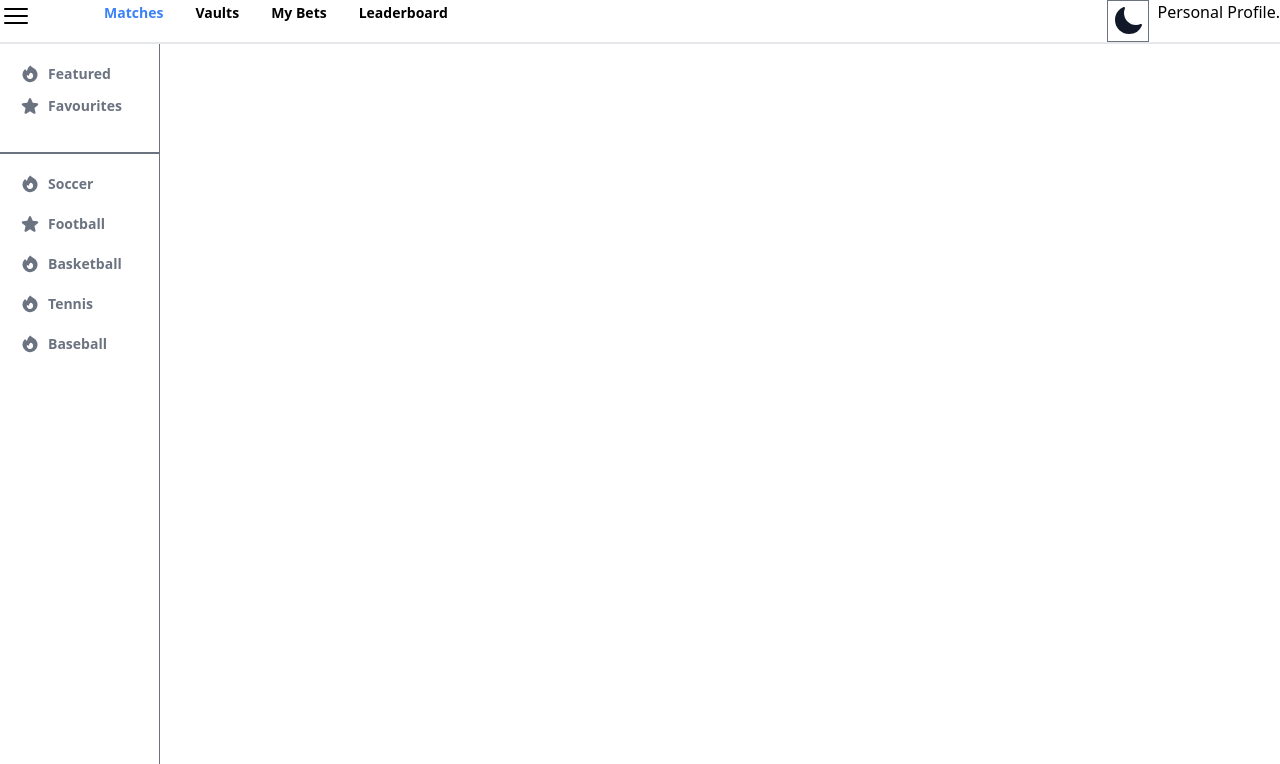
Repository: thekingisherenow/Betterbook
Page: /
An editor plug-in stored every save of this project. The page is shown before and after the next save, followed by the edit.
The browser window is 1280 px wide. The pictures show the whole page.
The project was rebuilt for these pictures with package versions that can differ from the ones it lists, and the page was loaded fresh each time. The framework's server and built-in components were replaced by stand-ins that run in the browser. Also part of the build but not shown: next.config.js.

Above is the page before, as saved 2023-01-17 00:45:19.

### src/pages/_app.tsx
import type { AppProps } from 'next/app'
import { Provider } from 'react-redux'
import store from '../core/store'
import '../core/styles/root.css'
import { ThemeProvider } from 'next-themes'

const App = (props: AppProps) => {
  const { Component, pageProps } = props
  return (
    <ThemeProvider enableSystem={true}  attribute="class">
    <Provider store={store}>
      <Component {...pageProps} />
    </Provider>
    </ThemeProvider>
  )
}

export default App

### src/pages/index.tsx
import type { NextPage } from 'next'
import { useEffect, useState } from 'react'
import API from '../core/services'
import { Game } from '../types/game'
import Sidebar from '../components/Typography/Sidebar'
import Header from '../components/Typography/Header'

const IndexPage: NextPage = () => {
  const [games, setGames] = useState<Game[]>([])

  useEffect(() => {
    API.games.fetchGames().then(setGames)
  }, [])

  return <div>
        <main className=''>

          {/* Header  */}
          <Header />
            {/* Sidebar */}
            <Sidebar/>
            {/* Center  */}

        </main>
  </div>
}

export default IndexPage

### src/core/store/index.ts
import { configureStore } from '@reduxjs/toolkit'
import { counterReducer } from './slices/counterSlice'

const store = configureStore({
  reducer: {
    counter: counterReducer,
  },
})

export default store

### src/core/services/index.ts
import * as gamesServices from './games'

const API = {
  games: gamesServices,
}

export default API

### src/components/Typography/Sidebar.tsx
import React from 'react'
import { FireIcon, StarIcon } from '@heroicons/react/24/solid'

function Sidebar() {
    return (
        <div className='text-gray-500 text-sm border-r h-screen w-40 border-gray-500'>
            <div>
                <div className='flex flex-col  p-5 space-y-3 font-semibold mb-4'>
                    <button className='flex items-center space-x-2 hover:text-blue-600'>
                        <FireIcon className='w-5 h-5' />
                        <p>Featured</p>
                    </button>
                    <button className='flex items-center space-x-2 hover:text-blue-600'>
                        <StarIcon className='w-5 h-5' />
                        <p>Favourites</p>
                    </button>
                </div>
                    <hr className='border-t-2 border-gray-500' />

                <div className='flex flex-col space-y-5  p-5 font-semibold mb-4'>
                    <button className='flex items-center space-x-2 hover:text-blue-600'>
                        <FireIcon className='w-5 h-5' />
                        <p>Soccer</p>
                    </button>
                    <button className='flex items-center space-x-2 hover:text-blue-600'>
                        <StarIcon className='w-5 h-5' />
                        <p>Football</p>
                    </button>
                    <button className='flex items-center space-x-2 hover:text-blue-600'>
                        <FireIcon className='w-5 h-5' />
                        <p>Basketball</p>
                    </button>
                    <button className='flex items-center space-x-2 hover:text-blue-600'>
                        <FireIcon className='w-5 h-5' />
                        <p>Tennis</p>
                    </button>
                    <button className='flex items-center space-x-2 hover:text-blue-600'>
                        <FireIcon className='w-5 h-5' />
                        <p>Baseball</p>
                    </button>
                </div>
            </div>
        </div>
    )
}

export default Sidebar

### src/components/Typography/Header.tsx
import { Bars3Icon } from '@heroicons/react/24/solid'
import React from 'react'
import NavLinks from './NavLinks'
import DarkModeButton from './DarkModeButton'

function Header() {
  return (
    <header >
      <div className='flex text-center   border-b-2 '>

        <Bars3Icon className='h-8 w-8  cursor-pointer'/>
        <div className='ml-10'>

          {/* Nav Links */}
          <div className='ml-4 items-center'>

        <NavLinks  />
          </div>

        </div>
        <div className='flex space-x-2 justify-end ml-auto '>
          {/* DARK MODE BUTTON  */}

          <DarkModeButton   />

            <div>
             Personal Profile.
              </div>
        </div>
      </div>
    </header>
  )
}

export default Header

### src/core/store/slices/counterSlice.ts
import { createSlice } from '@reduxjs/toolkit'

export const counterSlice = createSlice({
  name: 'counter',
  initialState: {
    count: 0,
  },
  reducers: {
    setCount(state, { payload }) {
      state.count = payload
    },
  },
})

export const counterReducer = counterSlice.reducer

### src/core/services/games.ts
import { Game } from '../../types/game'

export const fetchGames = (): Promise<Game[]> => {
  return Promise.resolve([
    {
      id: '1',
      name: 'Spain vs Argentina',
    },
  ])
}

### src/components/Typography/NavLinks.tsx
import React, { useEffect } from 'react'
import { categories } from './constants'
import NavLink from './NavLink'
import { useRouter } from 'next/router'

function NavLinks() {
  const router = useRouter();

  //const isActive is true if the pathname in the url matches the  navlink's path.
  const isActive = (path:string)=>{
    return router.pathname===path
  }

  return (
    <nav>
      {categories.map((category)=>(
        <NavLink key={category.label} category={category.label} path={category.path} isActive={isActive(category.path)} />
      ))}
    </nav>
  )
}

export default NavLinks

### src/components/Typography/DarkModeButton.tsx
import React, { useEffect, useState } from 'react'
import { useTheme } from 'next-themes'
import { MoonIcon, SunIcon } from '@heroicons/react/24/solid'

function DarkModeButton() {
    const [mounted, setMounted] = useState(false)
    const {systemTheme,theme,setTheme} = useTheme()
    useEffect(() => {
        setMounted(true)
      }, [])

      if (!mounted) {
        return null
      }

    const currentTheme = theme==="system"? systemTheme : theme;

  return (
    <div className='border border-gray-500 p-1'>
    {currentTheme==='dark'?
        <SunIcon
        onClick={()=>setTheme("light")}
        className='h-8 w-8 cursor-pointer text-yellow-500'
         />
        :
        <MoonIcon
        onClick={()=>setTheme("dark")}
        className='h-8 w-8 cursor-pointer text-gray-900'
        />

}
    </div>
  )
}

export default DarkModeButton

### src/components/Typography/constants.ts
import { Category } from "../../types/category"

export const categories : Category[] =[
    {label:"Matches",path:"/"},
    {label:"Vaults",path:"/vaults"},
    {label:"My Bets",path:"/mybets"},
    {label:"Leaderboard",path:"/leaderboard"},
]

### src/components/Typography/NavLink.tsx
import Link from 'next/link';
import React from 'react'


type Props = {
    category: string;
    path:string;
    isActive: boolean;

}

function NavLink({category,path,isActive}:Props) {
  return (
    <Link href={`${path}`}
        className={`cursor-pointer p-4 text-sm  font-semibold
         ${isActive && 'text-blue-500 hover:text-blue-600 font-bold '}`}
    >
      {category}
    </Link>
  )
}

export default NavLink

### tailwind.config.js
/** @type {import('tailwindcss').Config} */
module.exports = {
  content: [
    './src/pages/**/*.{js,ts,jsx,tsx}',
    './src/components/**/*.{js,ts,jsx,tsx}',
    './src/modules/**/*.{js,ts,jsx,tsx}',
  ],
  darkMode: 'class',
  theme: {
    extend: {},
  },
  plugins: [],
}

Loaded but not shown: src/core/styles/root.css (common file)

After the next save:
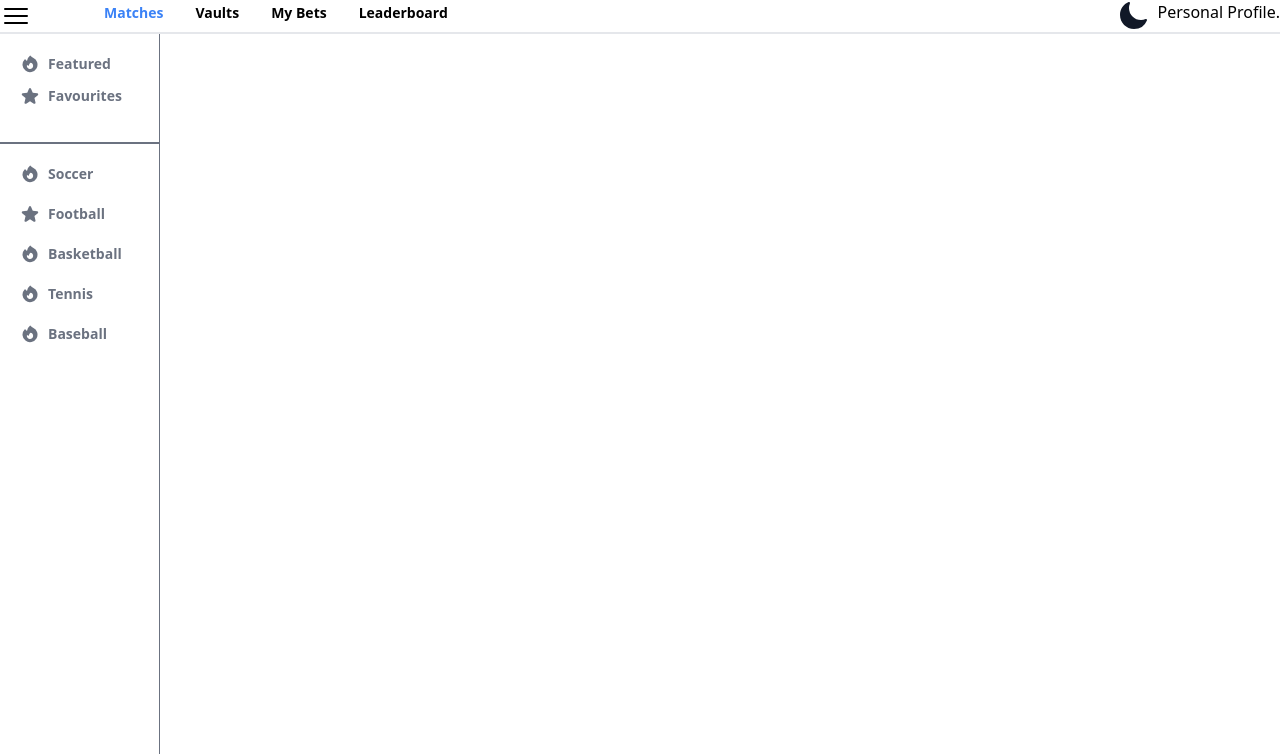
Saved 69 s later.
--- a/src/components/Typography/DarkModeButton.tsx
+++ b/src/components/Typography/DarkModeButton.tsx
@@ -16,7 +16,7 @@ function DarkModeButton() {
     const currentTheme = theme==="system"? systemTheme : theme;
 
   return (
-    <div className='border border-gray-500 p-1'>
+    <div>
     {currentTheme==='dark'?
         <SunIcon
         onClick={()=>setTheme("light")}
